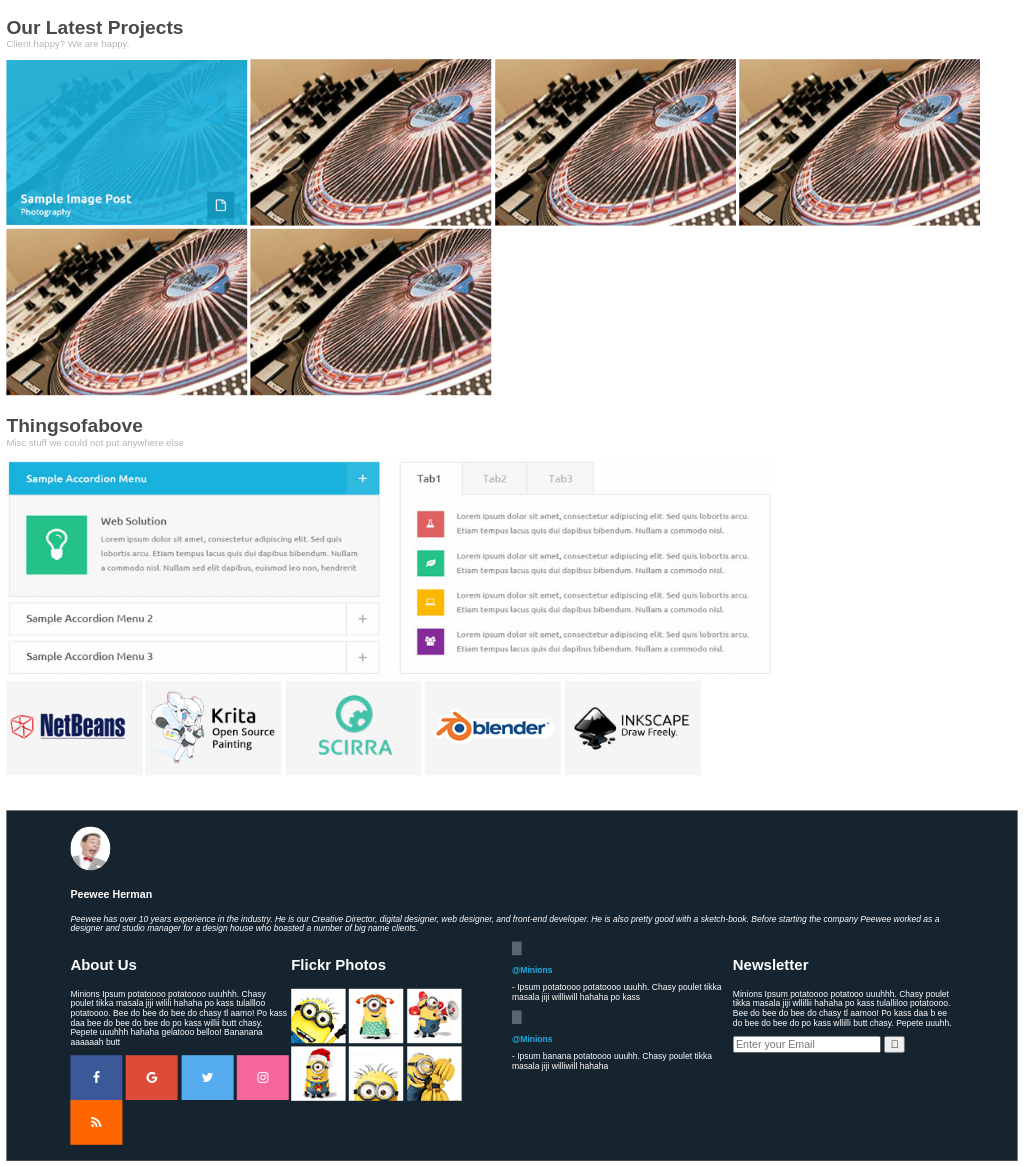
Repository: atran02/project1
Page: index.html
These files come from the project's save history. The page is drawn as it stood at one moment and after the next save; the edit follows.
The browser window is 1280 px wide. The pictures show the whole page, at 80% of full size.

Above is the page before, as saved 2022-01-28 14:50:47.

After the next save:
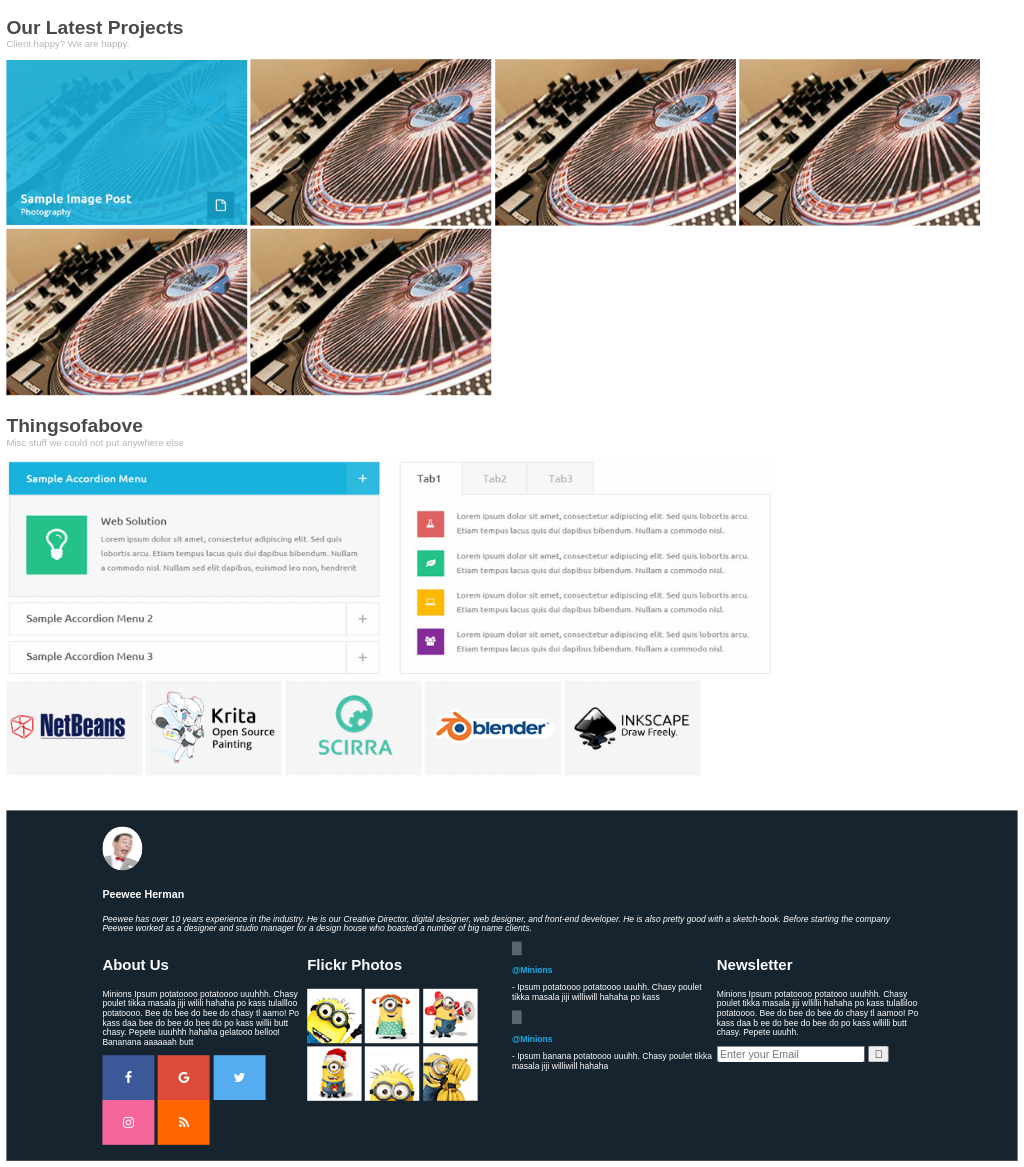
Saved 9 s later.
--- a/css/metrolics.css
+++ b/css/metrolics.css
@@ -33,7 +33,7 @@
     background-color: #16242f;
     color: white;
     margin-top: 40px;
-    padding: 20px 80px 20px 80px;
+    padding: 20px 120px 20px 120px;
 }
 
 /* Peewee Info */
